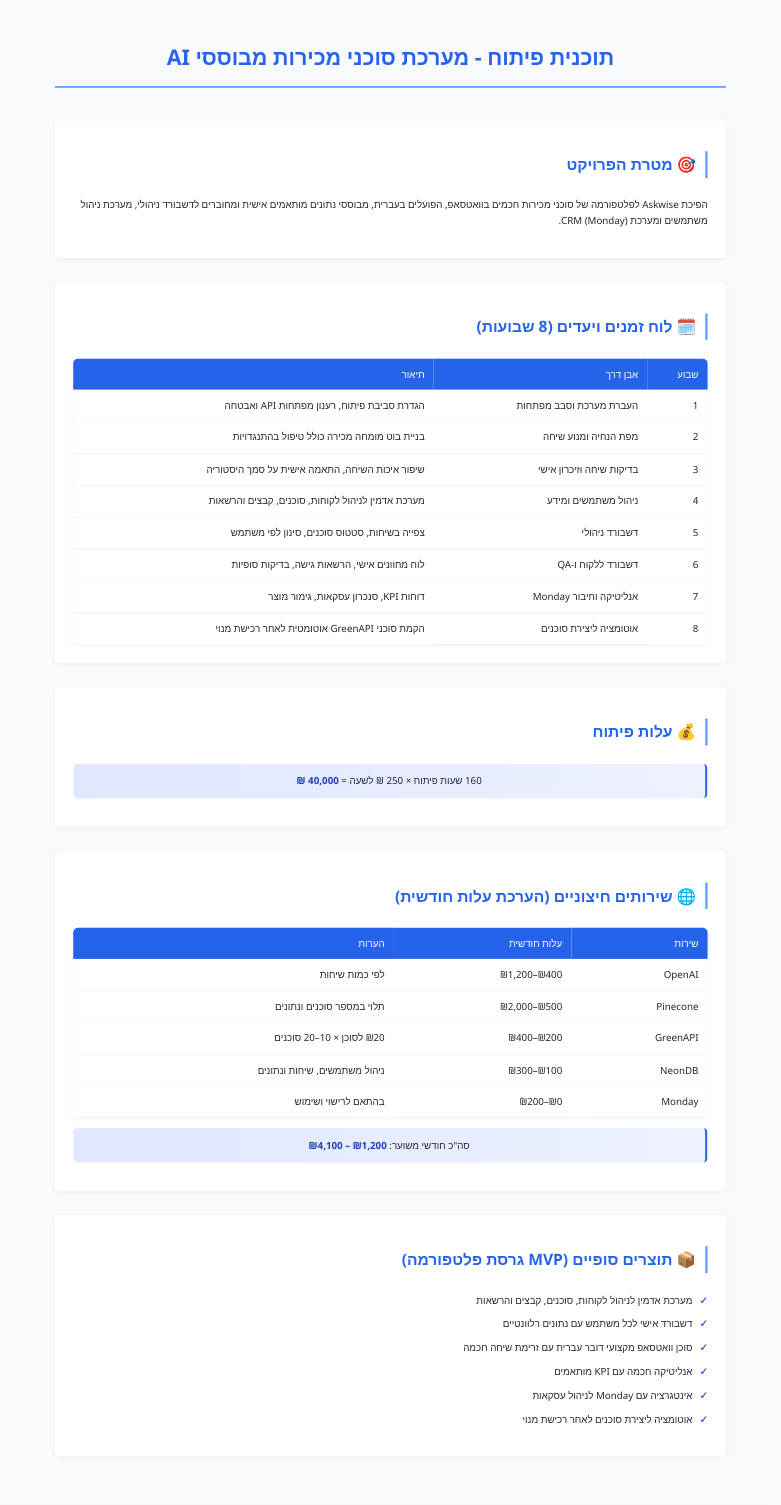
Repository: dangogit/askwise
Page: index.html
These files come from the project's save history. The page is drawn as it stood at one moment and after the next save; the edit follows.
The browser window is 1280 px wide. The pictures show the whole page, at 61% of full size.

Above is the page before, as saved 2025-05-23 16:22:20.

After the next save:
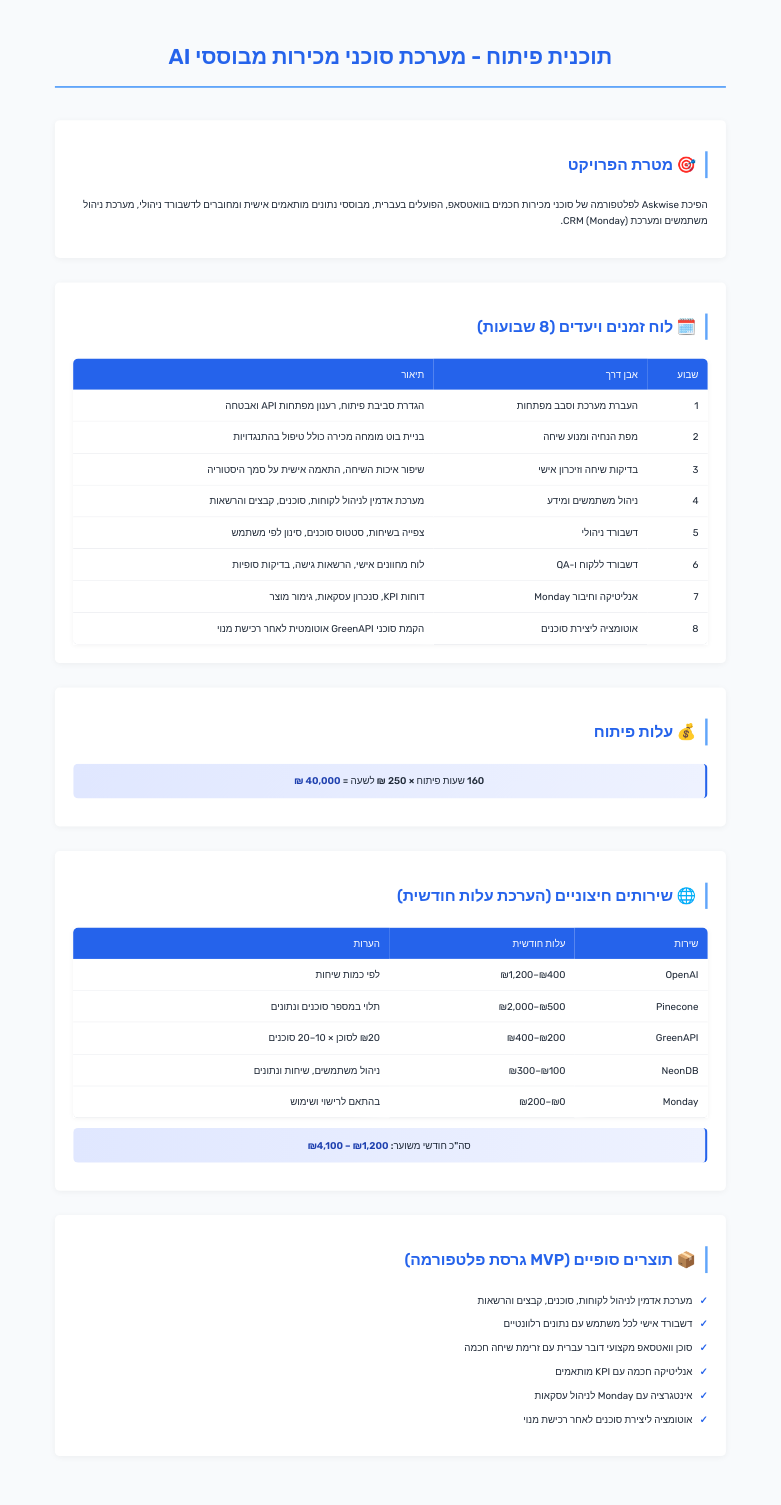
Saved 30 s later.
--- a/index.html
+++ b/index.html
@@ -2,7 +2,10 @@
 <html lang="he" dir="rtl">
 <head>
   <meta charset="UTF-8">
-  <title>תוכנית פיתוח - מערכת סוכני מכירות מבוססי AI</title>  <style>
+  <meta name="viewport" content="width=device-width, initial-scale=1.0">
+  <title>תוכנית פיתוח - מערכת סוכני מכירות מבוססי AI</title>
+  <link href="https://fonts.googleapis.com/css2?family=Rubik:wght@400;500;600&display=swap" rel="stylesheet">
+  <style>
     :root {
       --primary-color: #2563eb;
       --secondary-color: #1e40af;
